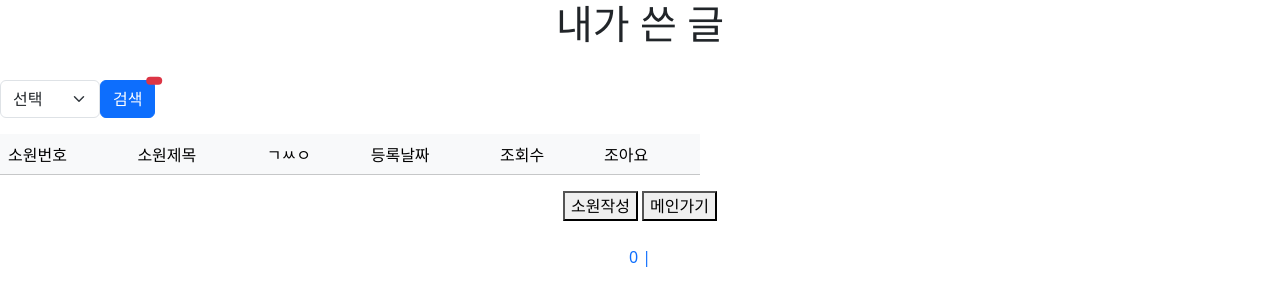
Repository: sujeong1799/JSP
Page: http://localhost/java_study/board/list.jsp
An editor plug-in stored every save of this project. The page is shown before and after the next save, followed by the edit.
The browser window is 1280 px wide. The pictures show the whole page.
The page is served by Tomcat 9. The template is opened directly, without the code that normally fills it, so the values that code supplies are empty.

Above is the page before, as saved 2023-05-24 07:08:18.

After the next save:
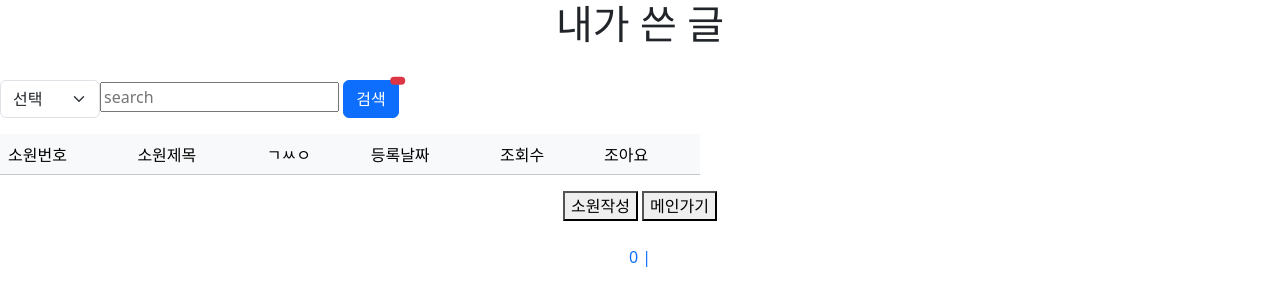
Saved 16 s later.
--- a/jsp_project3-1/java_study/src/main/webapp/board/list.jsp
+++ b/jsp_project3-1/java_study/src/main/webapp/board/list.jsp
@@ -30,7 +30,7 @@
 				<option value="c" ${type eq 'c' ? 'selected' :'' }>소원내용</option>
 			</select>
 		</div>
-			<!-- <input type="text" name="keyword" placeholder="search"> -->
+			<input type="text" name="keyword" placeholder="search">
 			<input type="hidden" name="pageNo" value="${pgh.pgvo.pageNo }">
 			<input type="hidden" name="qty" value="${pgh.pgvo.qty }">
 			<!-- <button type="submit" class="btn btn-success">Search</button> -->
